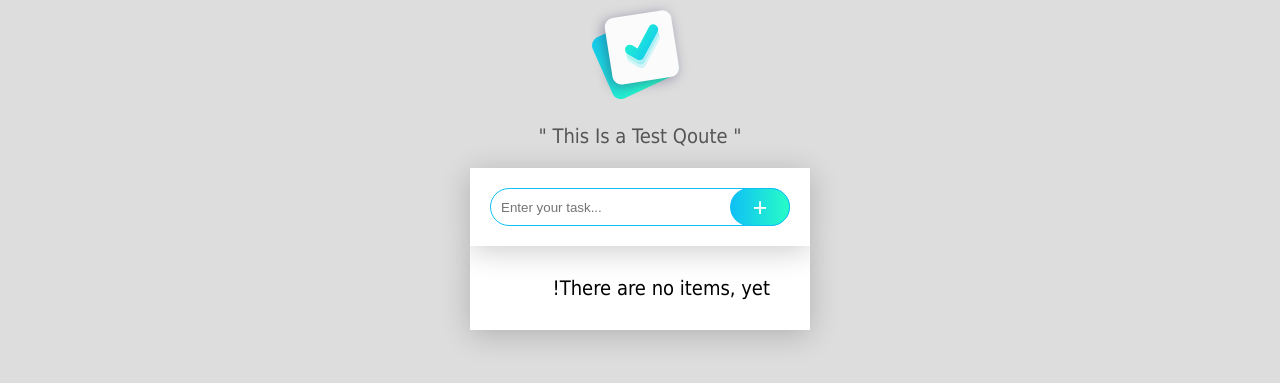
Repository: ahmedhamed15/React-Todo
Page: /
These files come from the project's save history. The page is drawn as it stood at one moment and after the next save; the edit follows.
The browser window is 1280 px wide. The pictures show the whole page.
The project was rebuilt for these pictures with package versions that can differ from the ones it lists, and the page was loaded fresh each time. Also part of the build but not shown: src/components/Todos/TodoItem/index.js.

Above is the page before, as saved 2021-07-27 01:44:05.

### src/index.js
import React from 'react';
import ReactDOM from 'react-dom';
import './index.scss';
import App from './App';

ReactDOM.render(<App />,document.getElementById('root'));

### src/index.scss
html {
  background: #ddd;
  height: 100%;
  display: flex;
}
body {
  width: 100%;
  margin: auto;
  margin: 0;
  padding: 0;
  font-family: 'tahoma', arial;
}

### src/App.js
import MainLogo from "./components/MainLogo";
import Qoute from "./components/Qoute";
import TodoList from "./components/Todos/TodoList";

function App() {
  return (
    <section className="App">
      <MainLogo />
      <Qoute />
      <TodoList />
    </section>
  );
}

export default App;

### src/components/MainLogo/index.js
import "./style.scss"

const index = () => {
    return (
        <section className="main-logo">
            <svg width="100px" height="100px" viewBox="0 0 100 100" version="1.1" xmlns="http://www.w3.org/2000/svg" xmlnsXlink="http://www.w3.org/1999/xlink">
                <desc>Created with Sketch.</desc>
                <defs>
                <linearGradient x1="34.9523037%" y1="0%" x2="116.039609%" y2="115.484477%" id="linearGradient-1">
                    <stop stopColor="#27FDC7" offset="0%"></stop>
                    <stop stopColor="#0FC0F5" offset="100%"></stop>
                </linearGradient>
                <rect id="path-2" x="19.8783454" y="5.46149939" width="67.2578578" height="67.2008596" rx="8.99999976"></rect>
                <filter x="-35.7%" y="-28.3%" width="162.4%" height="162.5%" filterUnits="objectBoundingBox" id="filter-3">
                    <feOffset dx="-3" dy="2" in="SourceAlpha" result="shadowOffsetOuter1"></feOffset>
                    <feGaussianBlur stdDeviation="6.5" in="shadowOffsetOuter1" result="shadowBlurOuter1"></feGaussianBlur>
                    <feColorMatrix values="0 0 0 0 0.0296505968   0 0 0 0 0.0172602666   0 0 0 0 0.100446429  0 0 0 0.423177083 0" type="matrix" in="shadowBlurOuter1"></feColorMatrix>
                </filter>
                <linearGradient x1="0%" y1="0%" x2="115.291753%" y2="112.548614%" id="linearGradient-4">
                    <stop stopColor="#27FDC7" offset="0%"></stop>
                    <stop stopColor="#0FC0F5" offset="83.2001616%"></stop>
                    <stop stopColor="#27FDC7" offset="100%"></stop>
                </linearGradient>
                <path d="M40.2086259,6.21042694 C39.2480415,5.24152695 38.1027468,4.75708888 36.7727039,4.75708888 C35.4426658,4.75708888 34.3096854,5.24152695 33.3737297,6.21042694 L16.3049725,23.7622477 L12.0193093,19.3649757 C11.0833536,18.3960804 9.9503732,17.9116376 8.62033507,17.9116376 C7.29029269,17.9116376 6.14499751,18.3960804 5.1844131,19.3649757 C4.24845898,20.3338709 3.78048896,21.5077058 3.78048896,22.8865186 C3.78048896,24.2653314 4.24845898,25.4391663 5.1844131,26.4080615 L12.8690505,34.3082476 C13.8296349,35.2771428 14.9749296,35.7615833 16.3049725,35.7615833 C17.6350106,35.7615833 18.767991,35.2771428 19.7039467,34.3082476 L40.2086259,13.2535128 C41.1445816,12.2597758 41.61255,11.0797257 41.61255,9.71333379 C41.61255,8.34694665 41.1445816,7.17932216 40.2086259,6.21042694 Z" id="path-5"></path>
                <filter x="-51.5%" y="-62.9%" width="203.1%" height="225.8%" filterUnits="objectBoundingBox" id="filter-6">
                    <feOffset dx="0" dy="0" in="SourceAlpha" result="shadowOffsetOuter1"></feOffset>
                    <feGaussianBlur stdDeviation="6.5" in="shadowOffsetOuter1" result="shadowBlurOuter1"></feGaussianBlur>
                    <feColorMatrix values="0 0 0 0 1   0 0 0 0 1   0 0 0 0 1  0 0 0 0.588937953 0" type="matrix" in="shadowBlurOuter1"></feColorMatrix>
                </filter>
                </defs>
                <g id="Page-1" stroke="none" strokeWidth="1" fill="none" fillRule="evenodd">
                <g id="Artboard-2" transform="translate(-214.000000, -272.000000)">
                    <g id="Group-4" transform="translate(201.000000, 269.000000)">
                        <g id="Group-3" transform="translate(58.787474, 58.534712) rotate(-6.000000) translate(-58.787474, -58.534712) translate(5.642436, 5.434712)">
                            <g id="Group-2" transform="translate(52.899385, 53.035097) rotate(7.000000) translate(-52.899385, -53.035097) translate(5.609309, 5.785097)">
                            <path d="M20.0219734,15.1240886 L74.1829282,14.1930575 C79.1527566,14.1076258 83.2508546,18.0672116 83.3362864,23.03704 C83.3371726,23.0885978 83.3376158,23.1401624 83.3376158,23.1917278 L83.3376158,72.0429044 C83.3376158,76.9531616 79.4018358,80.9571794 74.4923039,81.0415747 L20.3313491,81.9726057 C15.3615207,82.0580374 11.2634227,78.0984516 11.1779909,73.1286232 C11.1771047,73.0770654 11.1766615,73.0255009 11.1766615,72.9739354 L11.1766615,24.1227589 C11.1766615,19.2125016 15.1124415,15.2084838 20.0219734,15.1240886 Z" id="Rectangle" fill="url(#linearGradient-1)" transform="translate(47.257139, 48.082832) scale(-1, -1) rotate(-25.000000) translate(-47.257139, -48.082832) "></path>
                            <g id="Rectangle" transform="translate(53.507274, 39.061929) rotate(-10.000000) translate(-53.507274, -39.061929) ">
                                <use fill="black" fillOpacity="1" filter="url(#filter-3)" xlinkHref="#path-2"></use>
                                <use fill="#FBFBFB" fillRule="evenodd" xlinkHref="#path-2"></use>
                            </g>
                            </g>
                        </g>
                        <g id="Group-5" transform="translate(43.000000, 26.000000)">
                            <path d="M41.1093892,10.5623533 C40.1488048,9.59345333 39.0035101,9.10901526 37.6734673,9.10901526 C36.3434291,9.10901526 35.2104488,9.59345333 34.274493,10.5623533 L17.2057358,28.1141741 L12.9200727,23.716902 C11.9841169,22.7480068 10.8511366,22.263564 9.52109843,22.263564 C8.19105605,22.263564 7.04576086,22.7480068 6.08517646,23.716902 C5.14922234,24.6857973 4.68125232,25.8596322 4.68125232,27.238445 C4.68125232,28.6172578 5.14922234,29.7910927 6.08517646,30.7599879 L13.7698139,38.660174 C14.7303983,39.6290692 15.875693,40.1135096 17.2057358,40.1135096 C18.535774,40.1135096 19.6687543,39.6290692 20.6047101,38.660174 L41.1093892,17.6054392 C42.045345,16.6117022 42.5133134,15.4316521 42.5133134,14.0652602 C42.5133134,12.698873 42.045345,11.5312485 41.1093892,10.5623533 Z" id="Page-1" fill="url(#linearGradient-4)" opacity="0.3" transform="translate(23.597283, 24.611262) rotate(-16.000000) translate(-23.597283, -24.611262) "></path>
                            <path d="M42.0101526,14.2623533 C41.0495682,13.2934533 39.9042735,12.8090153 38.5742306,12.8090153 C37.2441925,12.8090153 36.1112121,13.2934533 35.1752564,14.2623533 L18.1064992,31.8141741 L13.820836,27.416902 C12.8848803,26.4480068 11.7518999,25.963564 10.4218618,25.963564 C9.09181941,25.963564 7.94652422,26.4480068 6.98593982,27.416902 C6.78271177,27.6272827 6.60154798,27.8473258 6.4424483,28.0770317 C5.8688243,28.9052219 5.58201568,29.8590202 5.58201568,30.938445 C5.58201568,32.3172578 6.04998569,33.4910927 6.98593982,34.4599879 L14.6705772,42.360174 C15.6311616,43.3290692 16.7764563,43.8135096 18.1064992,43.8135096 C19.4365373,43.8135096 20.5695177,43.3290692 21.5054734,42.360174 L42.0101526,21.3054392 C42.9461083,20.3117022 43.4140767,19.1316521 43.4140767,17.7652602 C43.4140767,16.398873 42.9461083,15.2312485 42.0101526,14.2623533 Z" id="Page-1" fill="url(#linearGradient-4)" opacity="0.2" transform="translate(24.498046, 28.311262) rotate(-16.000000) translate(-24.498046, -28.311262) "></path>
                            <g id="Page-1" transform="translate(22.696519, 20.259336) rotate(-16.000000) translate(-22.696519, -20.259336) ">
                            <use fill="black" fillOpacity="1" filter="url(#filter-6)" xlinkHref="#path-5"></use>
                            <use fill="url(#linearGradient-4)" fillRule="evenodd" xlinkHref="#path-5"></use>
                            </g>
                        </g>
                    </g>
                </g>
                </g>
            </svg>
        </section>
    )
}

export default index

### src/components/Qoute/index.js
import "./style.scss"

const index = () => {
    return (
        <section className="qoute">
            <blockquote> This Is a Test Qoute </blockquote>
        </section>
    )
}

export default index

### src/components/Todos/TodoList/index.js
import React, {useState} from 'react';
import TodoItem from "../TodoItem";
import TodoFrom from "../TodoForm";
import "./style.scss"

const Index = () => {

    // Main State
    const [state, setState] = useState({
        tasks: localStorage.getItem('tasks') ? JSON.parse(localStorage.getItem('tasks')) : [],
        error: ''
    });

    // Add A New Item
    const addNewItem = (title) => {
        if (title.trim() !== '') {
            let newItems = {
                    id: Math.random(),
                    title,
                    done: false
                };
            setState({
                tasks: [...state.tasks, newItems],
                error: ''
            });
            localStorage.setItem('tasks', JSON.stringify([...state.tasks, newItems]));
        } else {
            setState({
                tasks: [...state.tasks],
                error: "You must add real value!"
            });
            localStorage.setItem('tasks', JSON.stringify([...state.tasks]));
        }
    }

    // Set Item State
    const setItemState = (id) => {
        let curItems = [...state.tasks],
            newItems = curItems.map( (item) => {
                if (item.id === id) {
                    item.done = !item.done;
                    return item;
                }
                return item;
            });
        setState({
            tasks: newItems,
            error: ''
        });
        localStorage.setItem('tasks', JSON.stringify(newItems));
    }

    // Delete an Item
    const deleteItem = (id) => {
        let curItems = [...state.tasks],
            newItems = curItems.filter( (item) => item.id !== id);
        setState({
            tasks: newItems,
            error: ''
        });
        localStorage.setItem('tasks', JSON.stringify(newItems));
    }

    return (
        <section className="todos-list">

            {/* General SVG code for checkbox */}
            <svg viewBox="0 0 0 0" style={ {position: 'absolute', zIndex: '-1', opacity: '0'} }>
                <defs>
                <linearGradient id="boxGradient" gradientUnits="userSpaceOnUse" x1="0" y1="0" x2="25" y2="25">
                    <stop offset="0%"   stopColor="#27FDC7"/>
                    <stop offset="100%" stopColor="#0FC0F5"/>
                </linearGradient>

                <linearGradient id="lineGradient">
                    <stop offset="0%"    stopColor="#0FC0F5"/>
                    <stop offset="100%"  stopColor="#27FDC7"/>
                </linearGradient>

                <path id="todo__line" stroke="url(#lineGradient)" d="M21 12.3h168v0.1z"></path>
                <path id="todo__box" stroke="url(#boxGradient)" d="M21 12.7v5c0 1.3-1 2.3-2.3 2.3H8.3C7 20 6 19 6 17.7V7.3C6 6 7 5 8.3 5h10.4C20 5 21 6 21 7.3v5.4"></path>
                <path id="todo__check" stroke="url(#boxGradient)" d="M10 13l2 2 5-5"></path>
                <circle id="todo__circle" cx="13.5" cy="12.5" r="10"></circle>
                </defs>
            </svg>


            {/* Todo From */}
            <TodoFrom addNewItem={addNewItem} errorMsg={state.error} />

            {/* Todos List */}
            <div className="wrapper-scrolled">
                <div className="todo-list">
                    {/* { state.error !== '' && (<div className="todo"> {state.error} </div>) } */}
                    { state.tasks.length > 0 ? state.tasks.map( (item) => <TodoItem key={item.id} task={item} setItemState={setItemState} deleteItem={deleteItem} /> ) : (<div className="todo"> There are no items, yet! </div>) }
                </div>
            </div>

        </section>
    )
}

export default Index

### src/components/MainLogo/style.scss
.main-logo {
    text-align: center;
}

### src/components/Qoute/style.scss
.qoute {
    text-align: center;
    blockquote {
        font: {
            size: 20px;
            family: 'tahoma', arial;
            weight: 500;
        }
        color: #555;
        &::after,
        &::before {
            content: ' " ';
        }
    }
}

### src/components/Todos/TodoForm/index.js
import React, {useState} from "react";
import "./style.scss";

const Index = ({ addNewItem, errorMsg }) => {

    // Init Value
    const [state, setState] = useState('');

    // Submit Handle
    const submitHandle = (e) => {
        e.preventDefault();
        addNewItem(e.target.title.value);
        setState('');
    }

    return (
        <form className="todo-form" onSubmit={submitHandle}>
            <input type="text" className="todo-form__input-type" name="title" placeholder="Enter your task..." onChange={(e) => setState(e.target.value)} value={state} />
            <button type="submit" className="todo-form__button-type"> + </button>
            {errorMsg !== '' && (<div className="error-message"> {errorMsg} </div>)}
        </form>
    )
}

export default Index

### src/components/Todos/TodoList/style.scss
.todo-list {
    background: #FFF;
    font-size: 20px;
    max-width: 15em;
    margin: auto;
    padding: 0.5em 1em;
    box-shadow: 0 5px 30px rgba(0, 0, 0, 0.2);
    max-height: 345px;
    overflow-y: auto;
    overflow-x: hidden;
    direction: rtl;
}
.wrapper-scrolled {

}

### src/components/Todos/TodoItem/style.scss
  .todo {
    display: block;
    position: relative;
    padding: 1em 1em 1em 16%;
    margin: 0 auto;
    cursor: pointer;
  }
  .todo:last-child {
    border-bottom: none;
  }
  .todo__state {
    position: absolute;
    top: 0;
    left: 0;
    opacity: 0;
  }
  .todo__text {
    color: #135156;
    transition: all 0.4s linear 0.4s;
    padding-right: 20px;
  }
  .todo__icon {
    position: absolute;
    top: 0;
    bottom: 0;
    left: 0;
    width: 100%;
    height: auto;
    margin: auto;
    fill: none;
    stroke: #27FDC7;
    stroke-width: 2;
    stroke-linejoin: round;
    stroke-linecap: round;
    z-index: 999;
  }
  .todo__line,
  .todo__box,
  .todo__check {
    transition: stroke-dashoffset 0.8s cubic-bezier(0.9, 0, 0.5, 1);
  }
  .todo__circle {
    stroke: #27FDC7;
    stroke-dasharray: 1 6;
    stroke-width: 0;
    transform-origin: 13.5px 12.5px;
    transform: scale(0.4) rotate(0deg);
    -webkit-animation: none 0.8s linear;
            animation: none 0.8s linear;
  }
  @-webkit-keyframes explode {
    30% {
      stroke-width: 3;
      stroke-opacity: 1;
      transform: scale(0.8) rotate(40deg);
    }
    100% {
      stroke-width: 0;
      stroke-opacity: 0;
      transform: scale(1.1) rotate(60deg);
    }
  }
  @keyframes explode {
    30% {
      stroke-width: 3;
      stroke-opacity: 1;
      transform: scale(0.8) rotate(40deg);
    }
    100% {
      stroke-width: 0;
      stroke-opacity: 0;
      transform: scale(1.1) rotate(60deg);
    }
  }
  .todo__box {
    stroke-dasharray: 56.1053, 56.1053;
    stroke-dashoffset: 0;
    transition-delay: 0.16s;
  }
  .todo__check {
    stroke: #27FDC7;
    stroke-dasharray: 9.8995, 9.8995;
    stroke-dashoffset: 9.8995;
    transition-duration: 0.32s;
  }
  .todo__line {
    stroke-dasharray: 168, 1684;
    stroke-dashoffset: 168;
  }
  .todo__circle {
    -webkit-animation-delay: 0.56s;
            animation-delay: 0.56s;
    -webkit-animation-duration: 0.56s;
            animation-duration: 0.56s;
  }
  .todo__state:checked ~ .todo__text {
    transition-delay: 0s;
    color: #5EBEC1;
    opacity: 0.6;
  }
  .todo__state:checked ~ .todo__icon .todo__box {
    stroke-dashoffset: 56.1053;
    transition-delay: 0s;
  }
  .todo__state:checked ~ .todo__icon .todo__line {
    stroke-dashoffset: -8;
  }
  .todo__state:checked ~ .todo__icon .todo__check {
    stroke-dashoffset: 0;
    transition-delay: 0.48s;
  }
  .todo__state:checked ~ .todo__icon .todo__circle {
    -webkit-animation-name: explode;
            animation-name: explode;
  }
  .todo-item {
    position: relative;
    &:not(:last-child) {
      .todo {
        border-bottom: solid 1px #ddd;
      }
    }
  }
  .todo__delete-btn {
    color: red;
    font: {
      size: 19px;
      weight: bold
    };
    position: absolute;
    top: 50%;
    right: -33px;
    transform: translateY(-50%);
    background-image: linear-gradient(to right, #0FC0F5, #27FDC7);
    width: 25px;
    height: 25px;
    text-align: center;
    border-radius: 50%;
    cursor: pointer;
  }

### src/components/Todos/TodoForm/style.scss
.todo-form {
    background: #FFF;
    font-size: 20px;
    max-width: 15em;
    margin: auto;
    padding: 1em;
    box-shadow: 0 5px 30px rgba(0, 0, 0, 0.2);
    display: flex;
    position: relative;
    flex-wrap: wrap;
    .todo-form__input-type,
    .todo-form__button-type {
        height: 30px;
        border: 1px solid #0FC0F5;
    }
    .todo-form__input-type {
        width: 100%;
        padding: 3px 10px;
        border-radius: 30px;
        &:focus {
            outline: 0;
        }
    }
    .todo-form__button-type {
        border-radius: 30px;
        width: 60px;
        height: 38px;
        background: none;
        color: #FFF;
        cursor: pointer;
        position: absolute;
        right: 0.8em;
        background-image: linear-gradient(to right, #0FC0F5, #27FDC7);
        border: 1px solid #0FC0F5;
        top: 20px;
        font: {
            size: 25px;
        }
        &:focus {
            outline: 0;
        }
    }
}
.error-message {
    width: 100%;
    text-align: center;
    font-size: 15px;
    color: red;
    margin-top: 10px;
}

Loaded but not shown: public/index.html (common file)

After the next save:
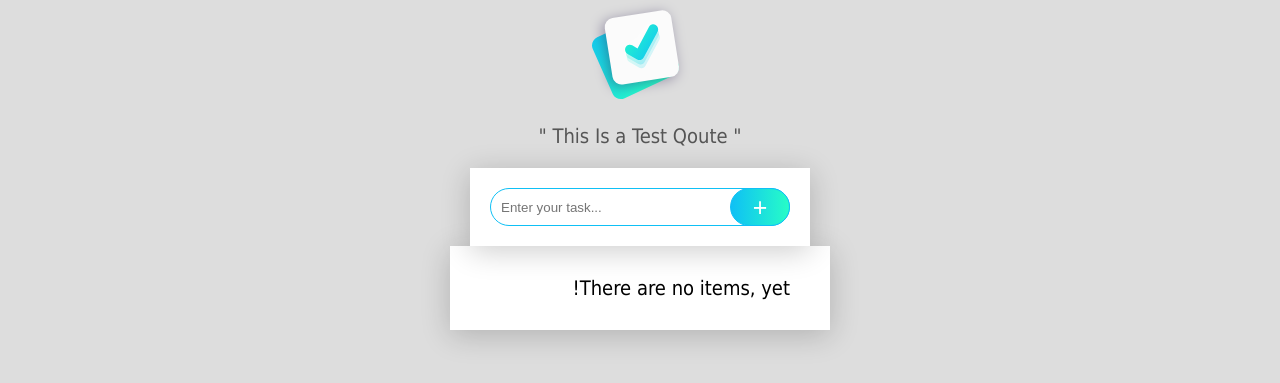
Saved 33 s later.
--- a/src/components/Todos/TodoList/style.scss
+++ b/src/components/Todos/TodoList/style.scss
@@ -1,7 +1,7 @@
 .todo-list {
     background: #FFF;
     font-size: 20px;
-    max-width: 15em;
+    max-width: 17em;
     margin: auto;
     padding: 0.5em 1em;
     box-shadow: 0 5px 30px rgba(0, 0, 0, 0.2);
